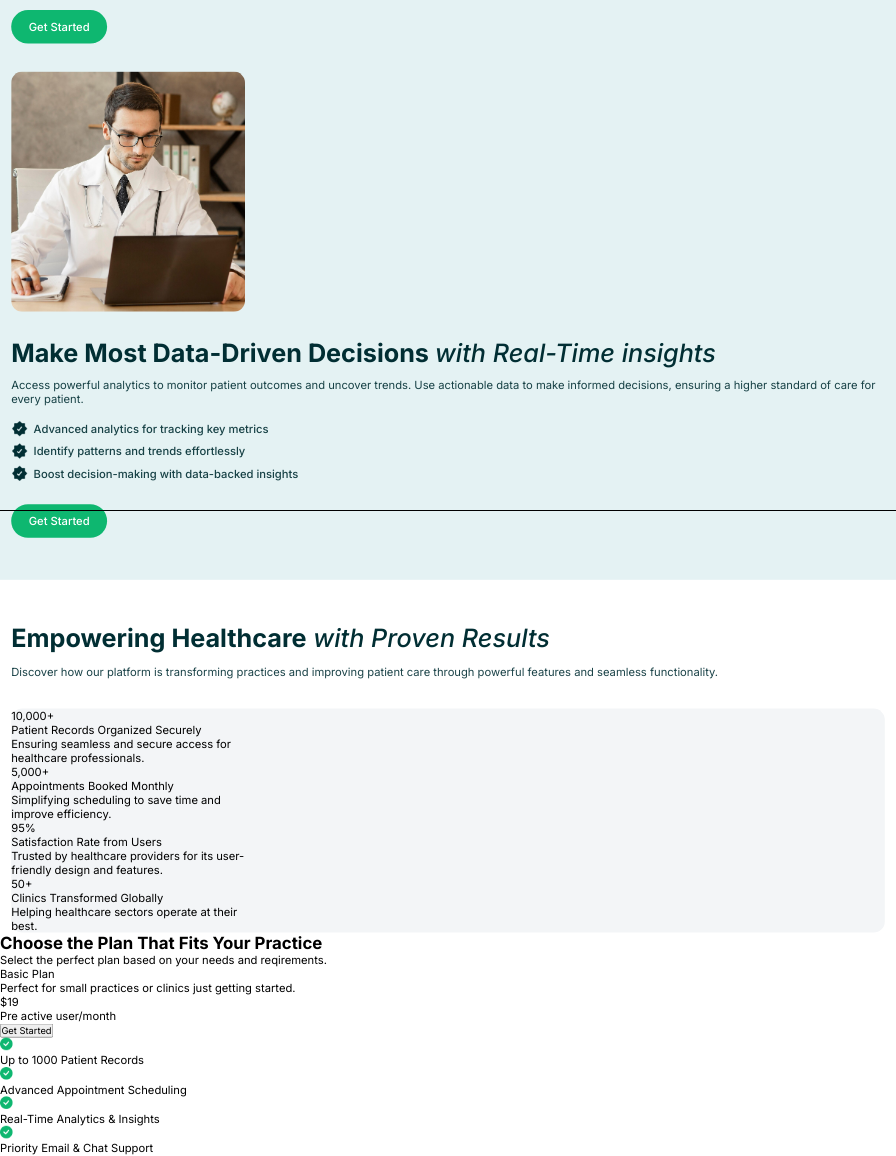
Repository: DiegoWWeege/recuperacao-prova-front-end
Page: index.html
An editor plug-in stored every save of this project. The page is shown before and after the next save, followed by the edit.
The browser window is 1280 px wide. The pictures show the part of the page from y = 2175 to 4095 px (the page is 3826 px tall before and 4095 px after), at 70% of full size.

Above is the page before, as saved 2026-06-22 19:08:33.

After the next save:
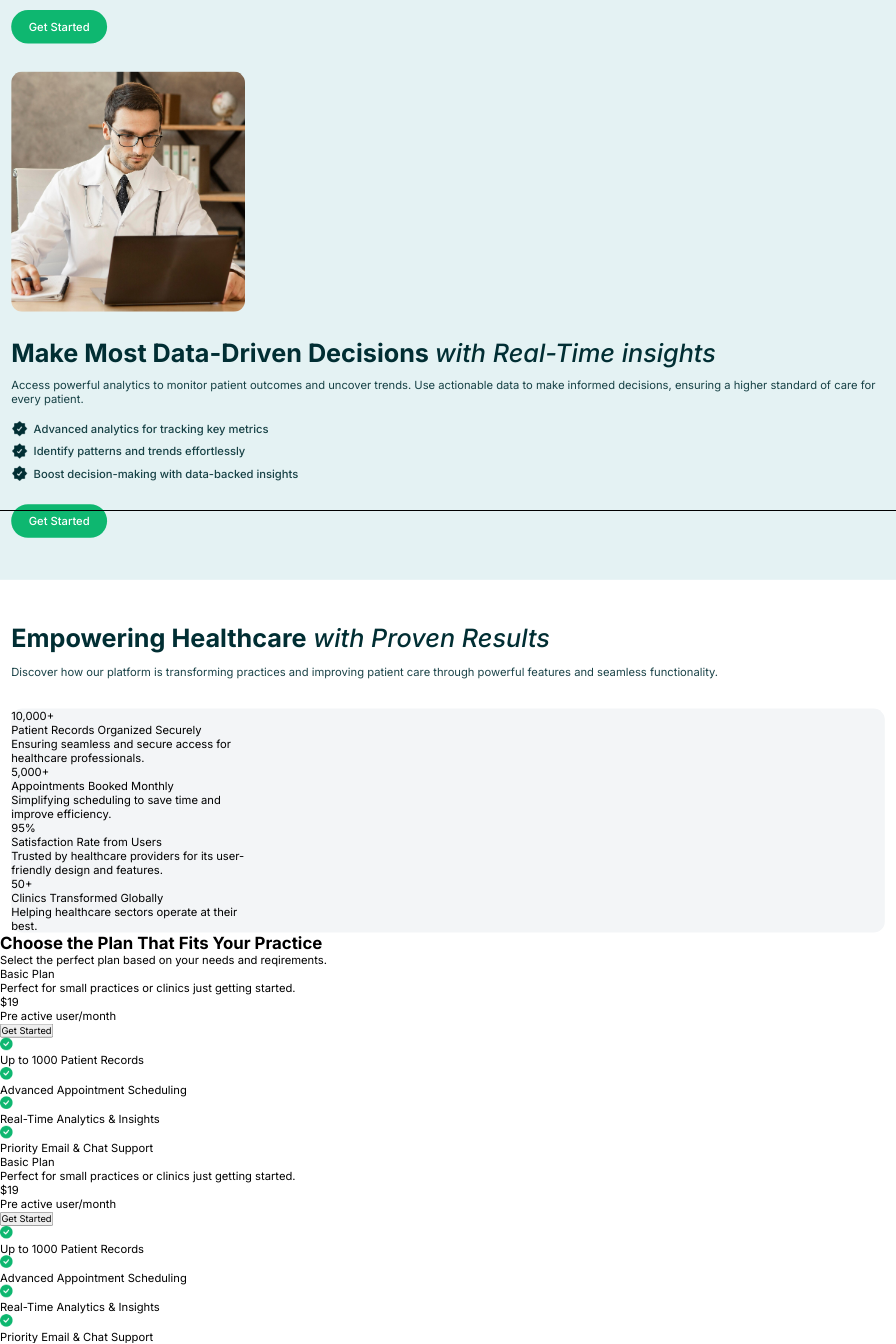
Saved 4 s later.
--- a/index.html
+++ b/index.html
@@ -180,6 +180,35 @@
 
             </section>
         </section>
+
+        <section class = "white-plan">
+            <p>Basic Plan</p>
+
+            <p>Perfect for small practices or clinics just getting started.</p>
+
+            <p>$19</p>
+
+            <p>Pre active user/month</p>
+
+
+            <button class = "blank-get-started-button">Get Started</button>
+
+            <section class = "qualities-grid">
+
+                <img src="icons/green-ok.png" alt="green-check-mark">
+                <p class = "benefit">Up to 1000 Patient Records</p>
+
+                <img src="icons/green-ok.png" alt="green-check-mark">
+                <p class = "benefit">Advanced Appointment Scheduling</p>
+
+                <img src="icons/green-ok.png" alt="green-check-mark">
+                <p class = "benefit">Real-Time Analytics & Insights</p>
+
+                <img src="icons/green-ok.png" alt="green-check-mark">
+                <p class = "benefit">Priority Email & Chat Support</p>
+
+            </section>
+        </section>
     </section>
 </body>
 </html>
